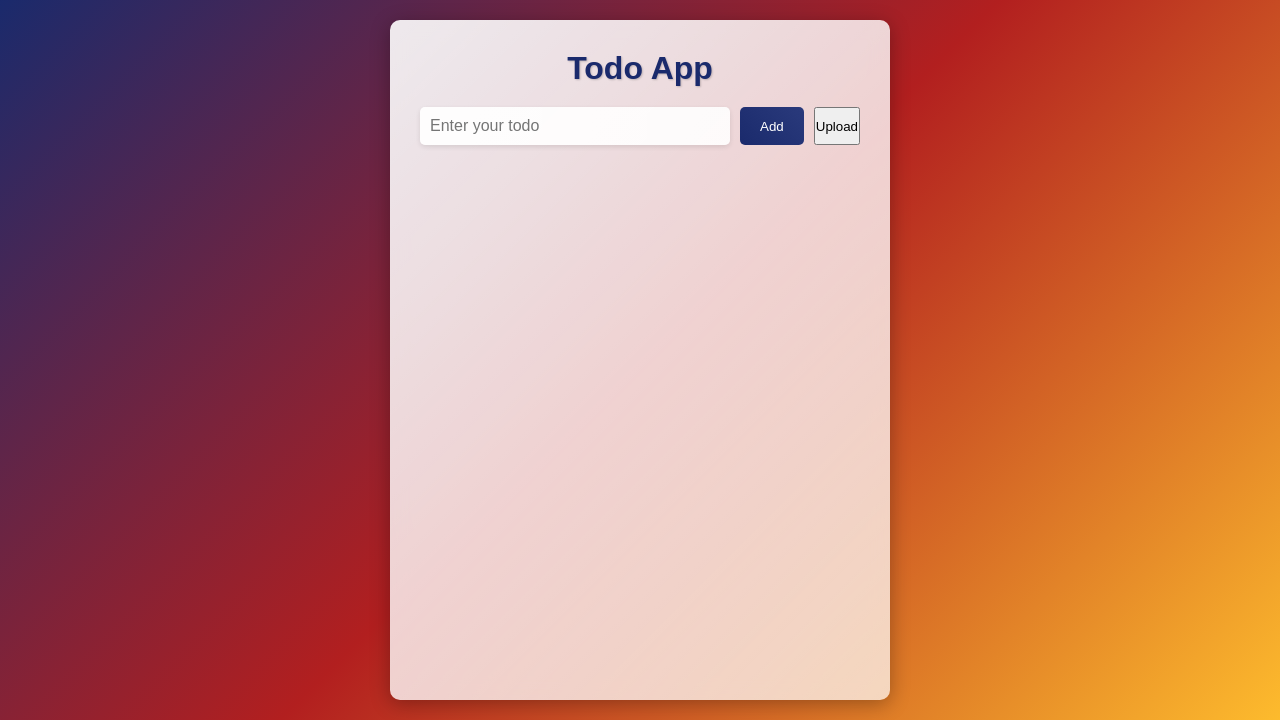
Repository: Teycir/todo-app
Page: index.html
The author's editor kept a copy of each file at every save. The page is drawn from the files as they stood at one save, then again after the next save.
The browser window is 1280 px wide. The pictures show the whole page.

Above is the page before, as saved 2024-11-07 18:09:35.

After the next save:
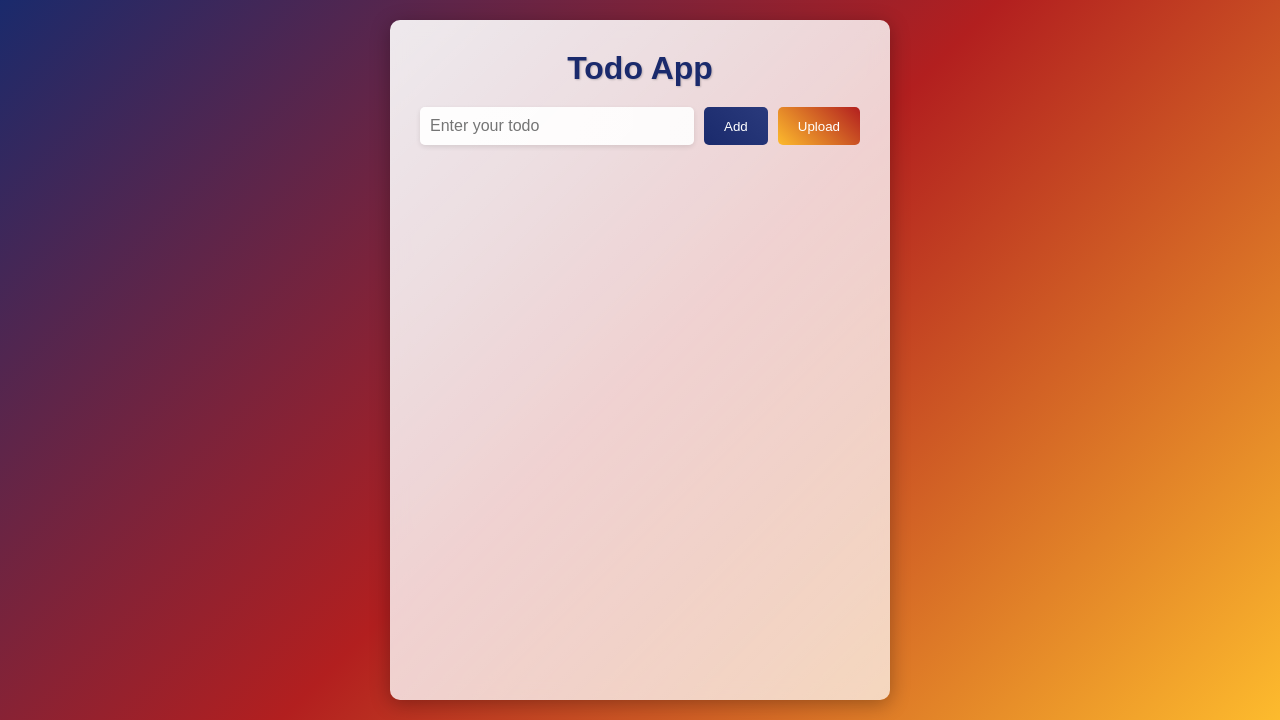
Saved 35 s later.
--- a/style.css
+++ b/style.css
@@ -50,7 +50,7 @@ h1 {
     box-shadow: 0 2px 5px rgba(0, 0, 0, 0.1);
 }
 
-#addTodo {
+#addTodo, #uploadTodo {
     padding: 10px 20px;
     background: linear-gradient(45deg, #1a2a6c, #2a3a7c);
     color: white;
@@ -58,6 +58,10 @@ h1 {
     border-radius: 5px;
     cursor: pointer;
     transition: transform 0.2s, box-shadow 0.2s;
+}
+
+#uploadTodo {
+    background: linear-gradient(45deg, #fdbb2d, #b21f1f);
 }
 
 #todoList {
@@ -107,13 +111,13 @@ h1 {
 }
 
 /* Common button hover styles */
-#addTodo:hover, .delete-btn:hover {
+#addTodo:hover, #uploadTodo:hover, .delete-btn:hover {
     box-shadow: 0 4px 8px rgba(0, 0, 0, 0.3);
     filter: brightness(1.1);
 }
 
 /* Button active state */
-#addTodo:active, .delete-btn:active {
+#addTodo:active, #uploadTodo:active, .delete-btn:active {
     transform: scale(0.95);
     box-shadow: 0 2px 4px rgba(0, 0, 0, 0.3);
 }
